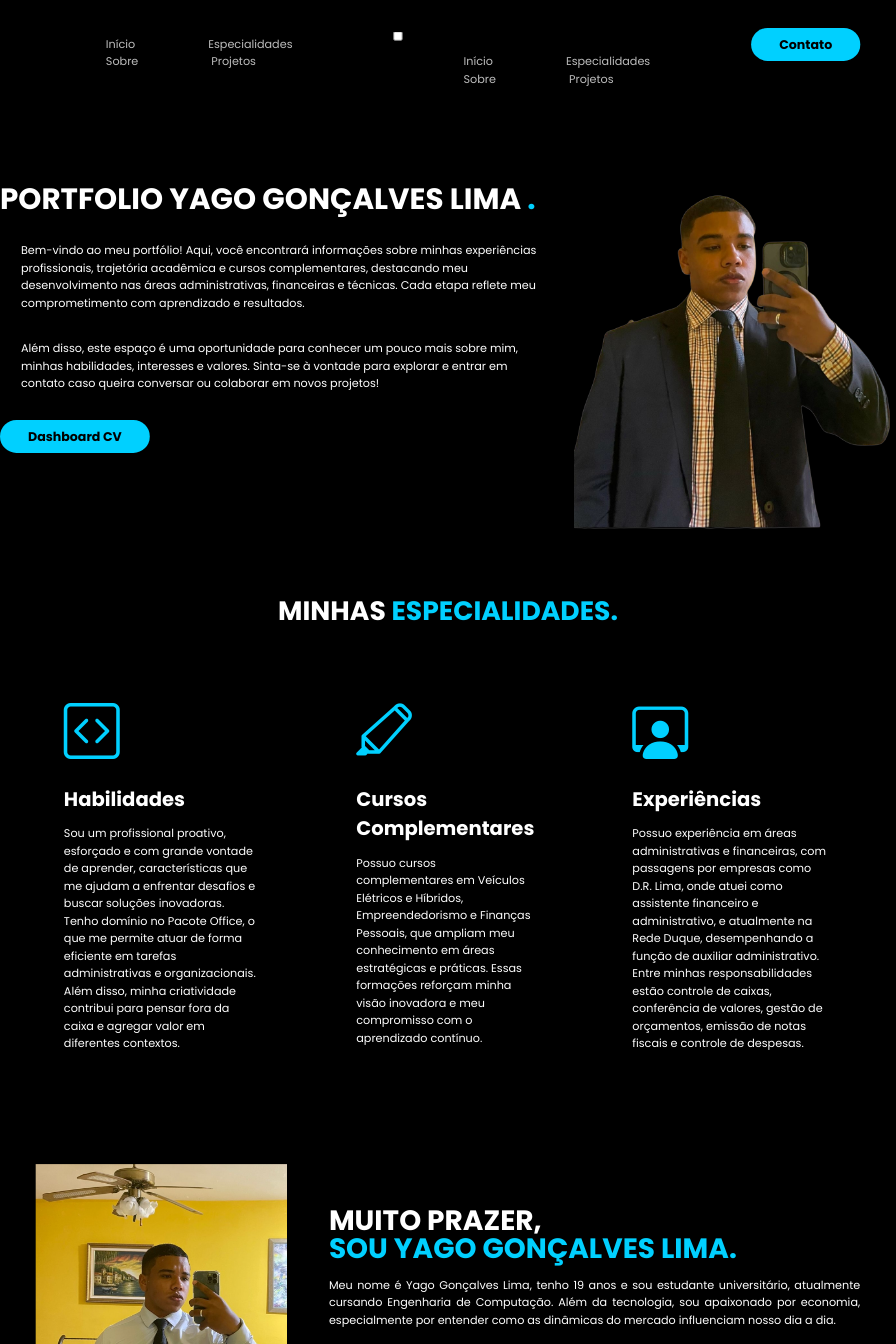
Repository: yagolima1511/Portfolio
Page: index.html
These files come from the project's save history. The page is drawn as it stood at one moment and after a run of saves; the edit follows.
The browser window is 1280 px wide. The pictures show the part of the page from y = 0 to 1920 px (the page is 3574 px tall before and 3599 px after), at 70% of full size.

Above is the page before, as saved 2025-03-03 21:12:41.

After the next 2 saves:
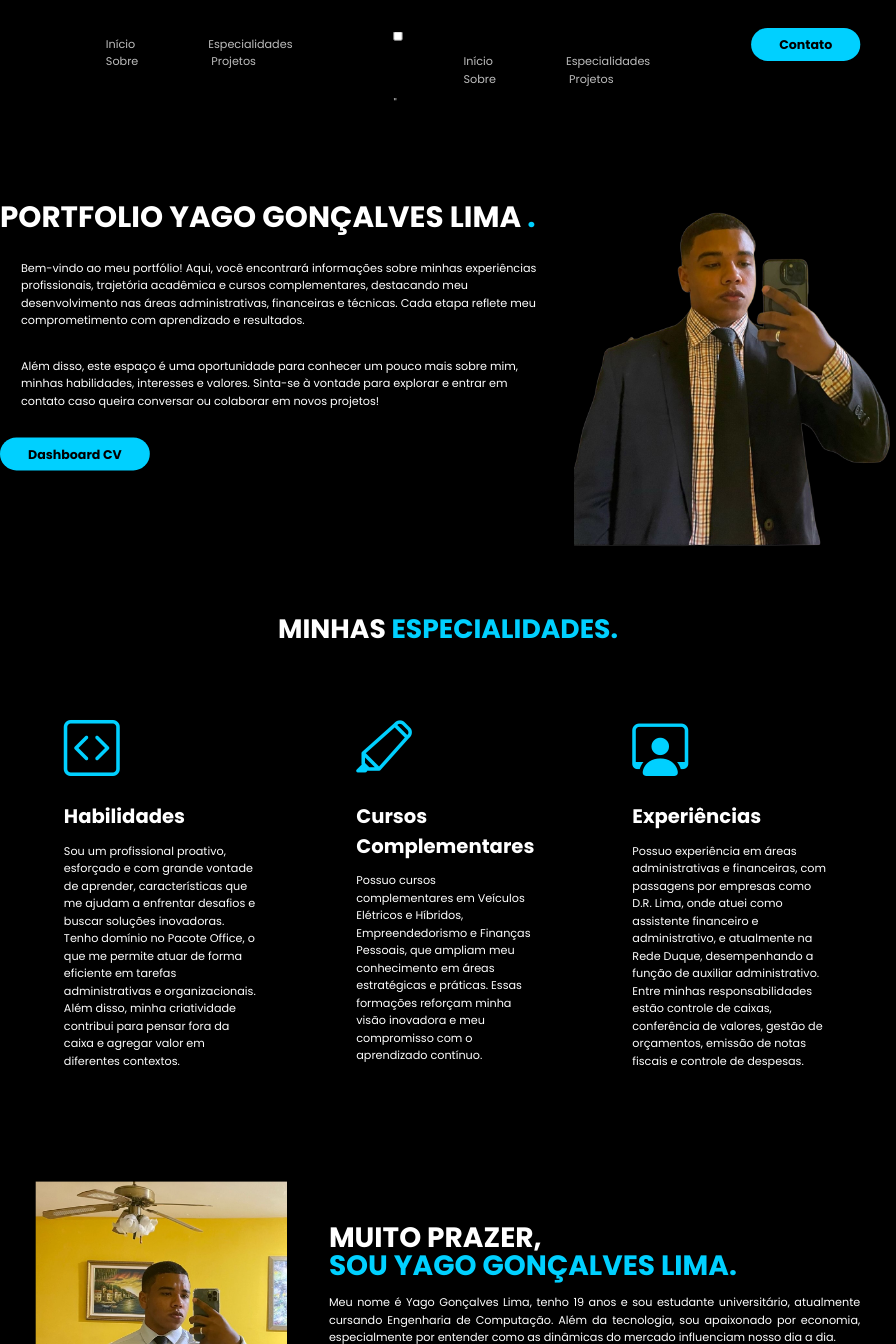
The 2 saves are shown as one change because they came seconds apart.
The last was saved 19 s later.
--- a/index.html
+++ b/index.html
@@ -40,7 +40,7 @@
                     </ul>
 
                     <div class="btn-contato">
-                        <a href=""
+                        <a href=""https://api.whatsapp.com/send?phone=5511951423405">"
                     </div>
 
 
